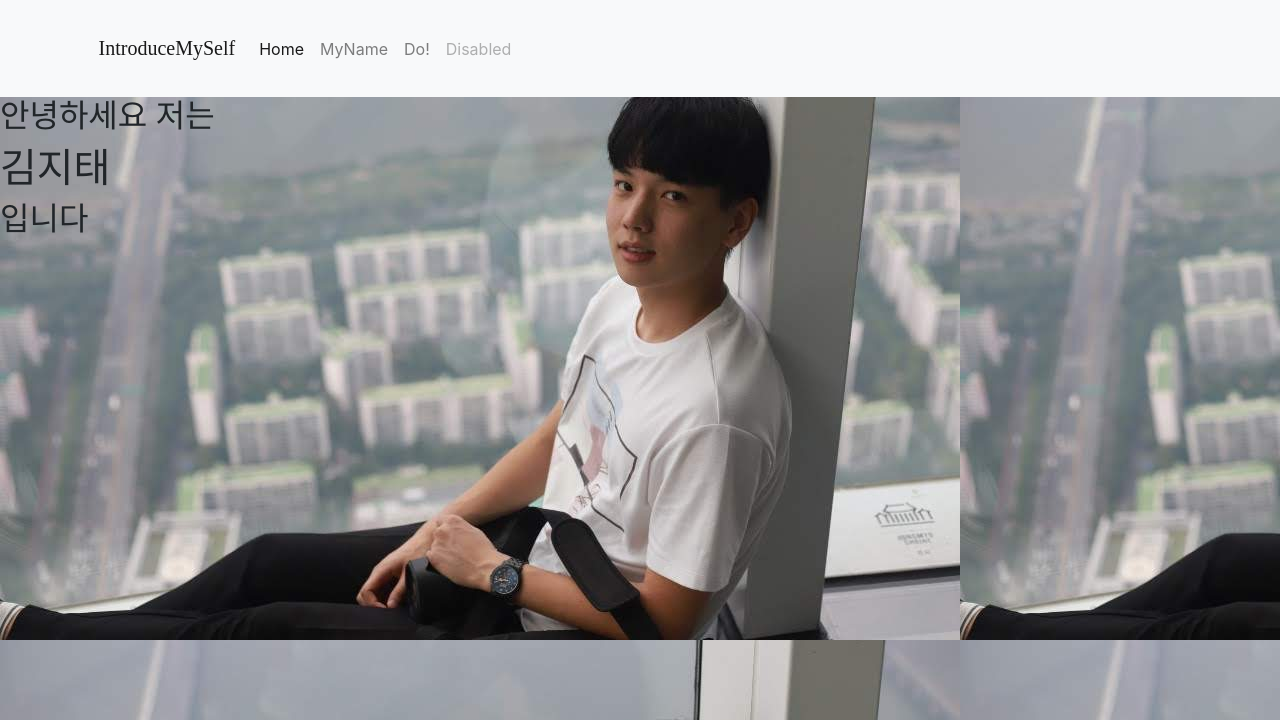
Repository: wlxo0401/IntroduveMySelf
Page: IntroduceMySelf/WebContent/Index.html
The author's editor kept a copy of each file at every save. The page is drawn from the files as they stood at one save, then again after the next save.
The browser window is 1280 px wide. The pictures show the whole page.

Above is the page before, as saved 2020-03-11 05:24:45.

After the next save:
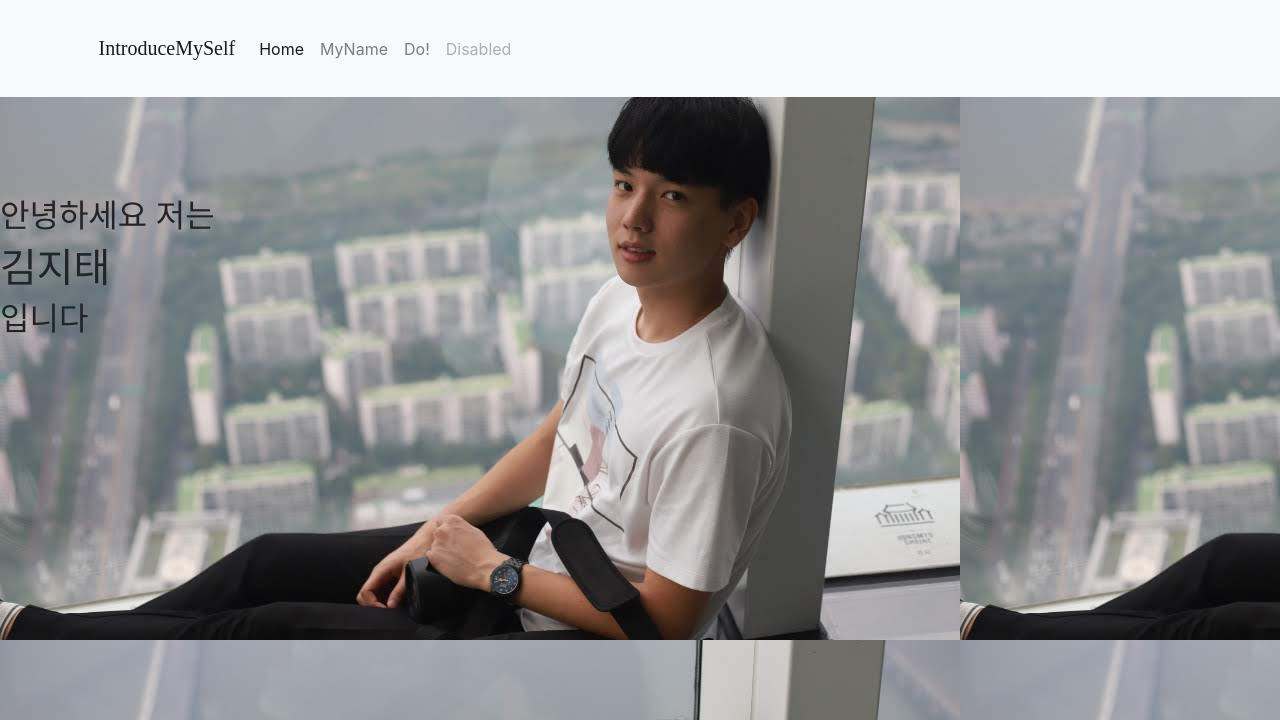
Saved 2 min 59 s later.
--- a/IntroduceMySelf/WebContent/style.css
+++ b/IntroduceMySelf/WebContent/style.css
@@ -2,6 +2,9 @@ body{
 	background-image: url('img/kimjitae1.jpg');
 }
 
+#container{
+	margin-top: 100px;
+}
 
 .nav-distance{
 	padding: 2.1% 7.7%
